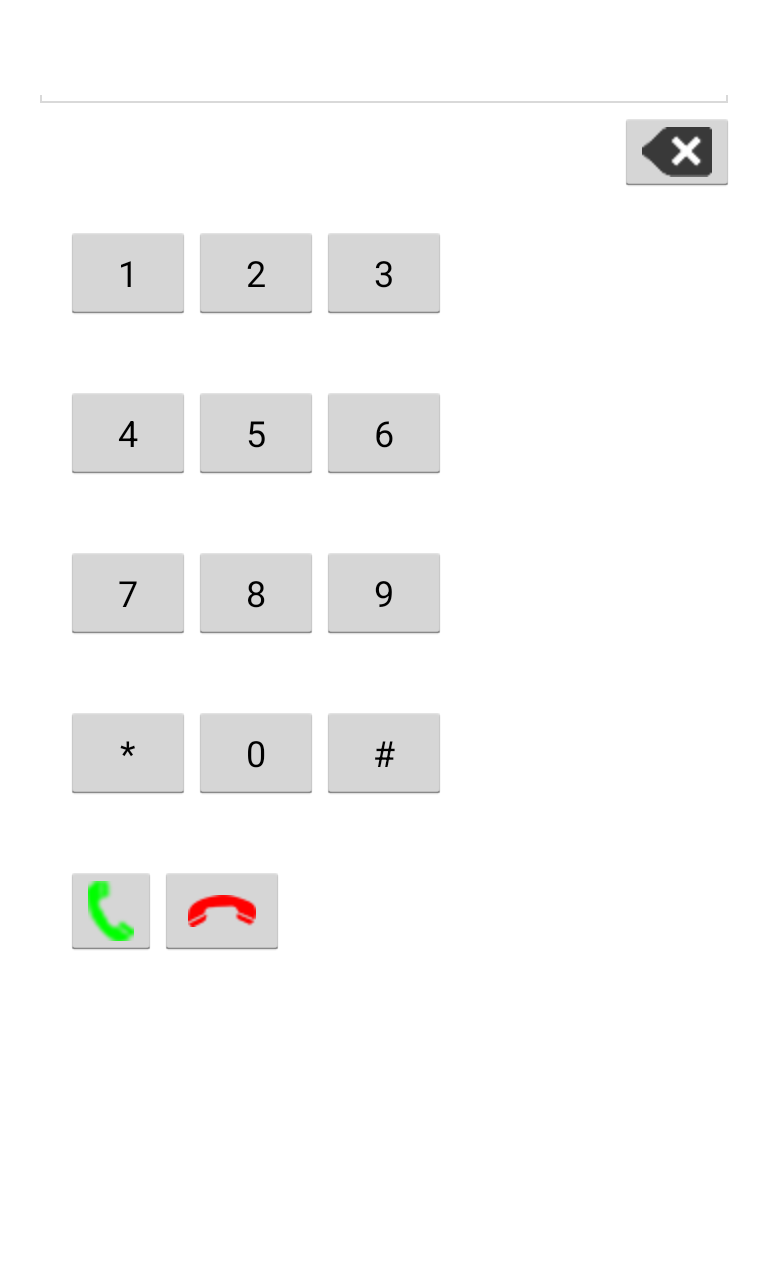
Repository: andreeastoican/Laborator03
Layout: PhoneDialer/res/layout/activity_phone_dialer.xml
An editor plug-in stored every save of this project. The layout is shown before and after the next save, followed by the edit.
It is drawn on a 768 x 1280 px phone screen (xhdpi) without system bars, with theme AppTheme; the app's code is not run.

Above is the layout before, as saved 2015-03-10 09:44:24.

After the next save:
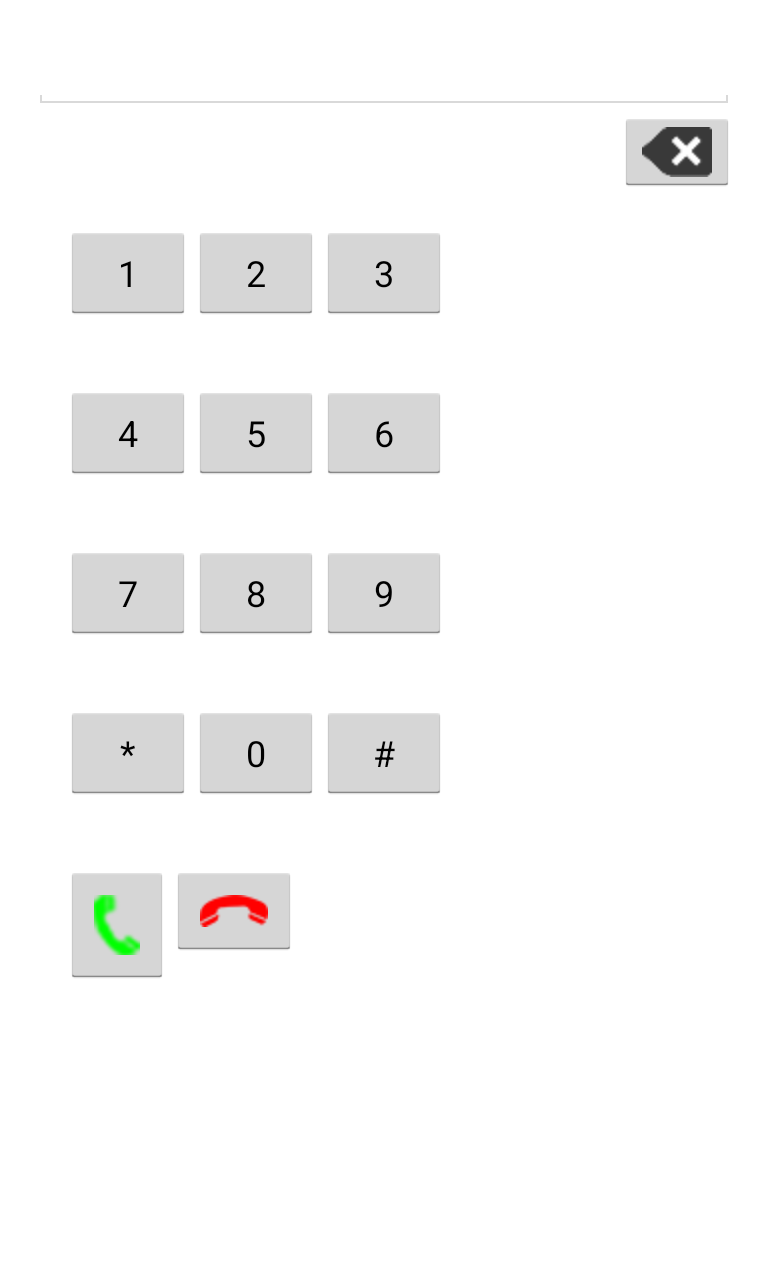
Saved 21 s later.
--- a/PhoneDialer/res/layout/activity_phone_dialer.xml
+++ b/PhoneDialer/res/layout/activity_phone_dialer.xml
@@ -169,6 +169,7 @@
 		    android:layout_width="wrap_content"
 	        android:layout_height="wrap_content"
 	        android:src="@drawable/call"
+	        android:padding="15dp"
 		    />
 
 		<ImageButton
